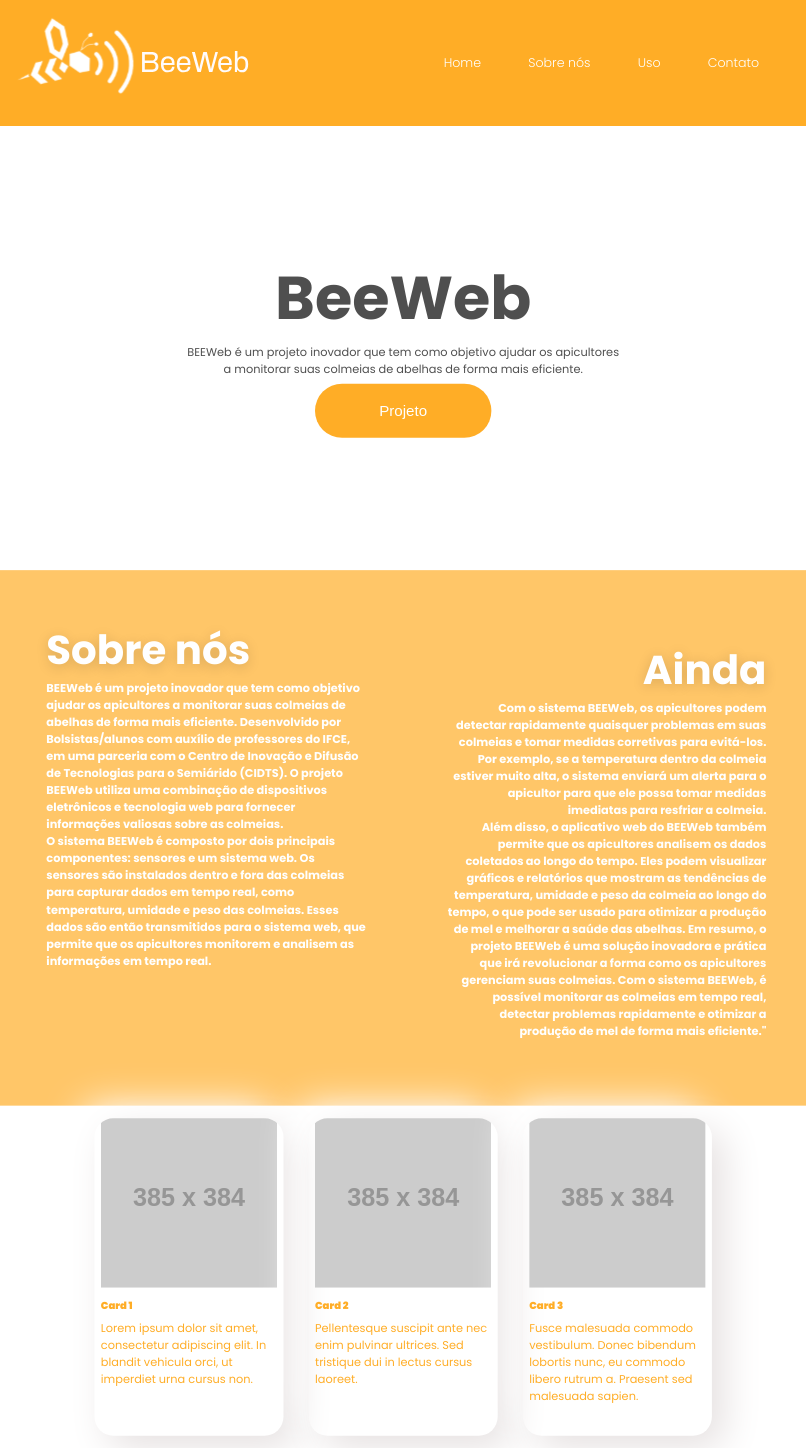
Repository: CCG-web/beeweb
Page: /
An editor plug-in stored every save of this project. The page is shown before and after the next save, followed by the edit.
The browser window is 1280 px wide. The pictures show the whole page, at 63% of full size.
The project was rebuilt for these pictures with package versions that can differ from the ones it lists, and the page was loaded fresh each time.

Above is the page before, as saved 2023-05-04 16:18:34.

After the next save:
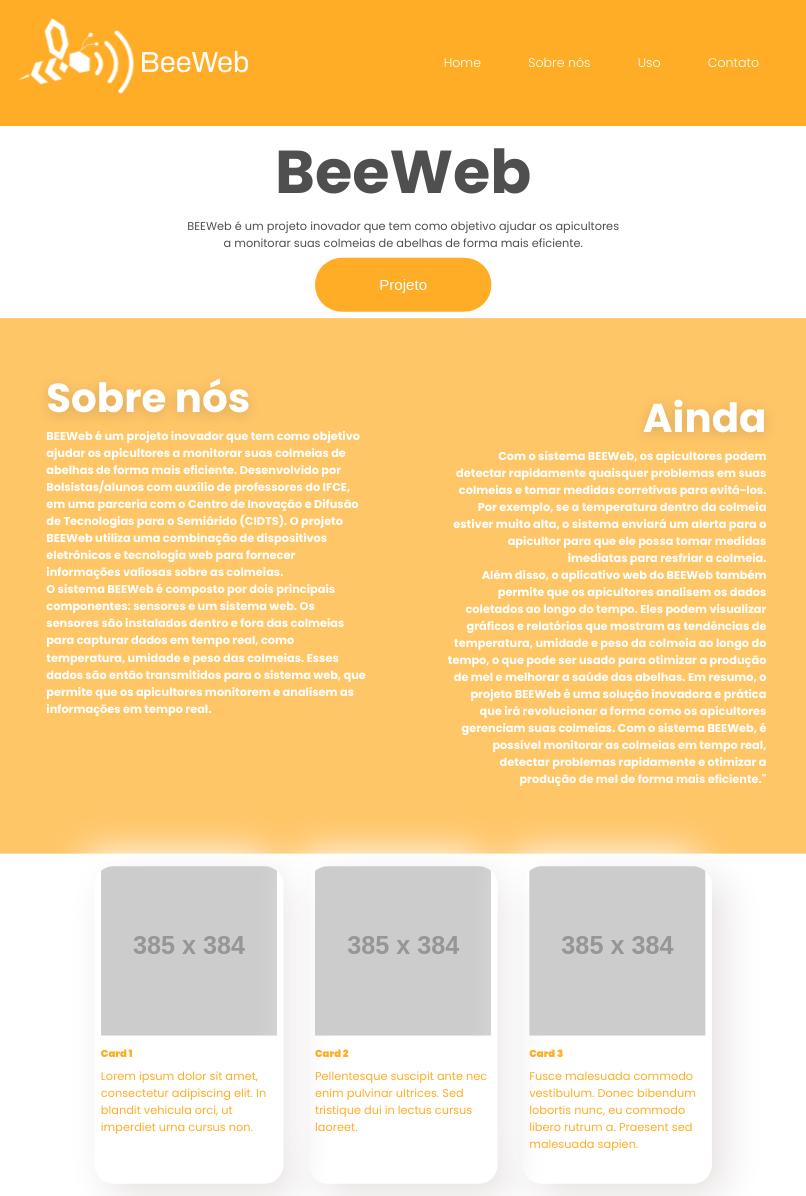
Saved 113 s later.
--- a/src/components/Home.css
+++ b/src/components/Home.css
@@ -1,7 +1,7 @@
 section {
     width: 100%;
 
-    margin-top: 200px;
+
     display: flex;
     justify-content: center;
     text-align: center;
